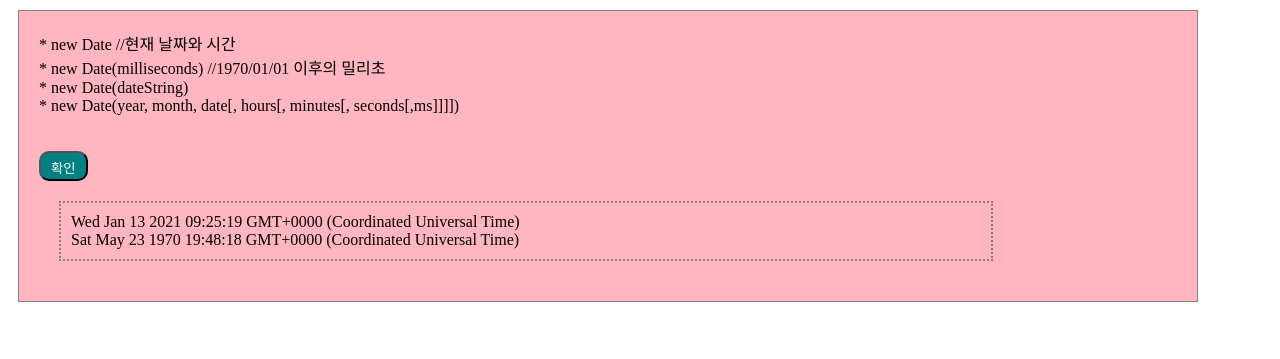
Repository: jeje0130/html
Page: webpro/WebContent/0118/date객체.html
These files come from the project's save history. The page is drawn as it stood at one moment and after the next save; the edit follows.
The browser window is 1280 px wide. The pictures show the whole page.
After loading, the first visible `input` was clicked once.

Above is the page before, as saved 2021-01-18 03:08:47.

### webpro/WebContent/0118/date객체.html
<!DOCTYPE html>
<html>
<head>
<meta charset="UTF-8">
<title>Insert title here</title>
<link rel = "stylesheet" href = "../css/public.css">
<script>

function proc1() {

	now1 = new Date();
	now2 = new Date(12340098777);

	result = document.getElementById("result1");
	result.innerHTML = now1 + "<br>" + now2;
}

</script>
<style>
</style>
</head>
<body>

<div class="box">
	* new Date //현재 날짜와 시간 <br>
	* new Date(milliseconds) //1970/01/01 이후의 밀리초<br>
	* new Date(dateString)<br>
	* new Date(year, month, date[, hours[, minutes[, seconds[,ms]]]])<br>

 <br><br>

<input type="button" value="확인" onclick="proc1()">

<div id="result1"></div>
</div>
</body>
</html>

### webpro/WebContent/css/public.css
@charset "utf-8";

pre {
	background-color : #FFE3EE;
	font-size : 1.2em;
	white-space: pre-wrap; /* 우측 여백 고정, 넘치는 글자 줄바꿈 */

	/*
	pre : 공백은 그대로, 줄바꿈 X
	pre-wrap : 공백은 그대로, 줄바꿈 O
	pre-line : 공백을 여러개줘도 하나만 표시, 줄바꿈 O
	nowrap : 공백을 여러개줘도 하나만 표시, 줄바꿈 X
	 */
}

div.box{
	width : 90%;
	height: auto;
	margin: 10px;
	padding: 20px;
	border: 1px solid gray;
	background: #FFB6C1;
}

.box input[type = button]{
	width: auto;
	height: 30px;
	background: #008080;
	color : white;
	padding: 5px 10px;
	border-radius : 10px;
}

.box div{
	width : 80%;
	height: auto;
	padding: 10px;
	border: 2px dotted gray;
	margin: 20px;
}

After the next save:
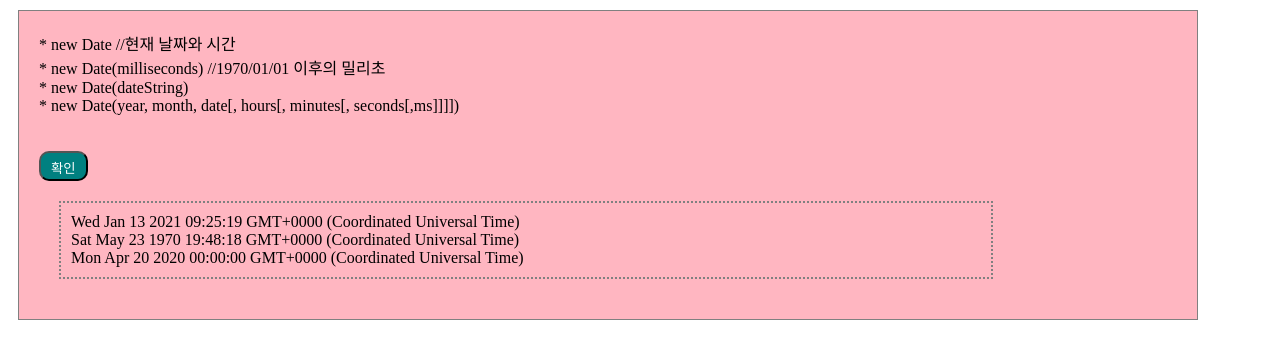
Saved 2 min 33 s later.
--- a/webpro/WebContent/0118/date객체.html
+++ b/webpro/WebContent/0118/date객체.html
@@ -10,9 +10,15 @@ function proc1() {
 
 	now1 = new Date();
 	now2 = new Date(12340098777);
+	now3 = new Date("2020. 04. 20")
+
+	//출력모양
+	res = now1 + "<br>";
+	res += now2 + "<br>";
+	res += now3 + "<br>";
 
 	result = document.getElementById("result1");
-	result.innerHTML = now1 + "<br>" + now2;
+	result.innerHTML = res;
 }
 
 </script>
